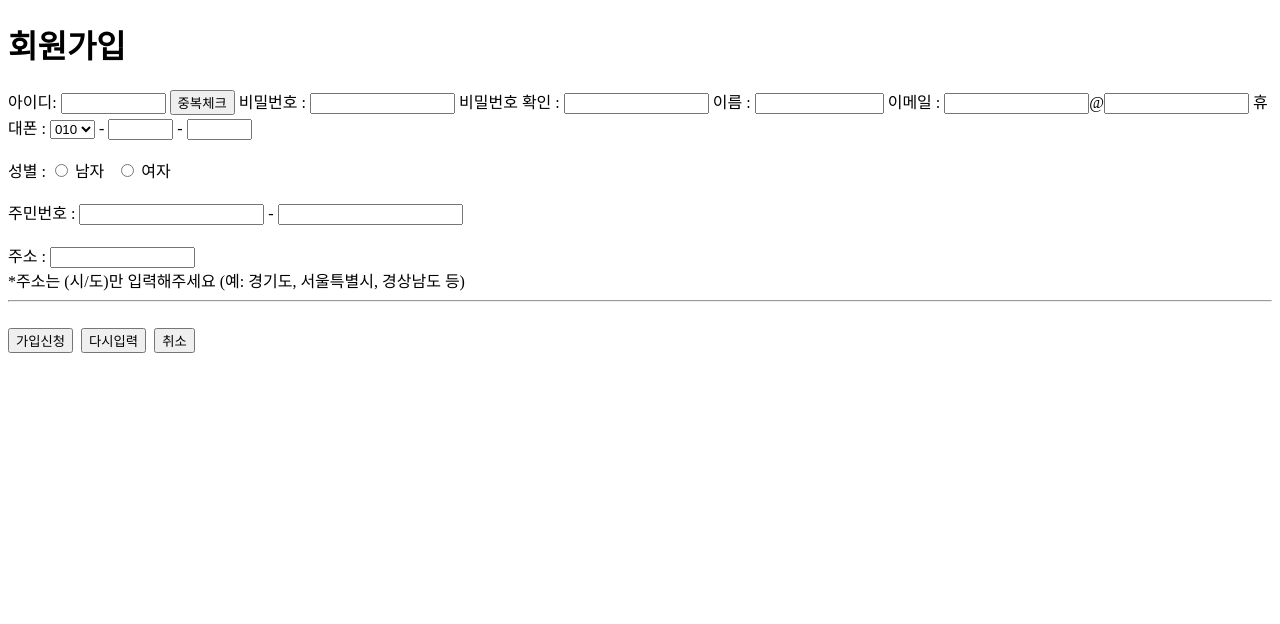
Repository: soohyeK/practice
Page: http://localhost/Join/WEB-INF/views/new.jsp
An editor plug-in stored every save of this project. The page is shown before and after the next save, followed by the edit.
The browser window is 1280 px wide. The pictures show the whole page.
The page is served by Tomcat 9. Nobody is signed in. Other server files are loaded and not shown. The template is opened directly, without the code that normally fills it, so the values that code supplies are empty.

Above is the page before, as saved 2022-09-19 06:44:30.

### Join/src/main/webapp/WEB-INF/views/new.jsp
<%@ page language="java" contentType="text/html; charset=EUC-KR"
    pageEncoding="EUC-KR"%>
<!DOCTYPE html>
<html>
<head>
</head>
<body>
<h1>회원가입</h1>

아이디: <input type="text" size="10" maxlength="15" name="id" id="id">
	  <input type="button" name="idChk" id="idChk" value="중복체크">
비밀번호 : <input type="password" size="15" maxlength="20" name="pass" id="pass">
비밀번호 확인 : <input type="password" size="15" maxlength="20" name="pass2" id="pass2">
이름 : <input type="text" size="13" name="name" id="name" onkeyup="fncNameKeyUp(this)">
이메일 : <input type="text" size="15" name="email1" id="email1">@<input type="text" size="15" name="email2" id="email2">
휴대폰 : <select name="ph1">
       <option value="010">010</option>
       <option value="011">011</option>
       <option value="016">016</option>
       <option value="017">017</option>
       <option value="019">019</option>
     </select>
     - <input type="text" name="ph2" size="5" maxlength="4" id="ph2"> - <input type="text" name="ph3" size="5" maxlength="4" id="ph3"><br><br>
   성별 : <input type="radio" name="gender" value="남자"> 남자&nbsp;&nbsp;
   <input type="radio" name="gender" value="여자"> 여자<br><br>
   주민번호 : <input type="text" name="jumin1" id="jumin1"> -  <input type="password" name="jumin2" id="jumin2"><br><br>
   주소 : <input type="text" name="address" size="15" maxlength="15"><br>
   *주소는 (시/도)만 입력해주세요 (예: 경기도, 서울특별시, 경상남도 등)
   <td align="center">
   <hr><br>
    <input type="button" id="regi_btn" value="가입신청">&nbsp;
    <input type="reset" value="다시입력">&nbsp;
    <input type="button" value="취소">
   </td>
</body>
</html>

After the next save:
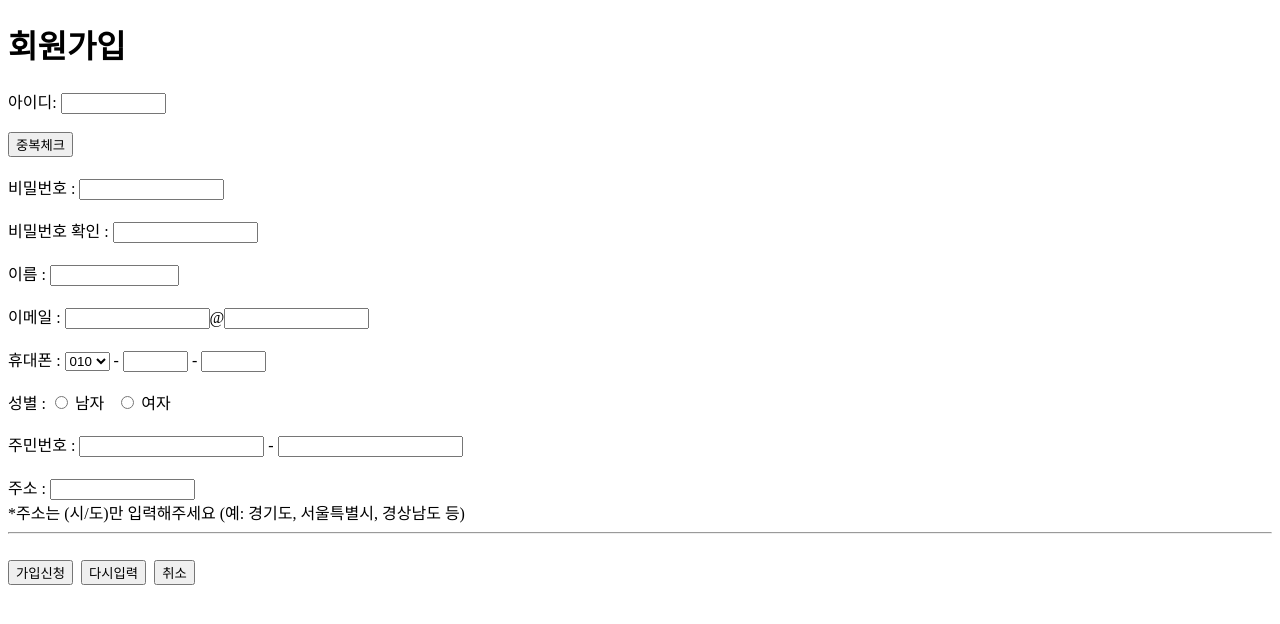
Saved 84 s later.
--- a/Join/src/main/webapp/WEB-INF/views/new.jsp
+++ b/Join/src/main/webapp/WEB-INF/views/new.jsp
@@ -7,12 +7,12 @@
 <body>
 <h1>회원가입</h1>
 
-아이디: <input type="text" size="10" maxlength="15" name="id" id="id">
-	  <input type="button" name="idChk" id="idChk" value="중복체크">
-비밀번호 : <input type="password" size="15" maxlength="20" name="pass" id="pass">
-비밀번호 확인 : <input type="password" size="15" maxlength="20" name="pass2" id="pass2">
-이름 : <input type="text" size="13" name="name" id="name" onkeyup="fncNameKeyUp(this)">
-이메일 : <input type="text" size="15" name="email1" id="email1">@<input type="text" size="15" name="email2" id="email2">
+아이디: <input type="text" size="10" maxlength="15" name="id" id="id"><br><br>
+	  <input type="button" name="idChk" id="idChk" value="중복체크"><br><br>
+비밀번호 : <input type="password" size="15" maxlength="20" name="pass" id="pass"><br><br>
+비밀번호 확인 : <input type="password" size="15" maxlength="20" name="pass2" id="pass2"><br><br>
+이름 : <input type="text" size="13" name="name" id="name" onkeyup="fncNameKeyUp(this)"><br><br>
+이메일 : <input type="text" size="15" name="email1" id="email1">@<input type="text" size="15" name="email2" id="email2"><br><br>
 휴대폰 : <select name="ph1">
        <option value="010">010</option>
        <option value="011">011</option>
